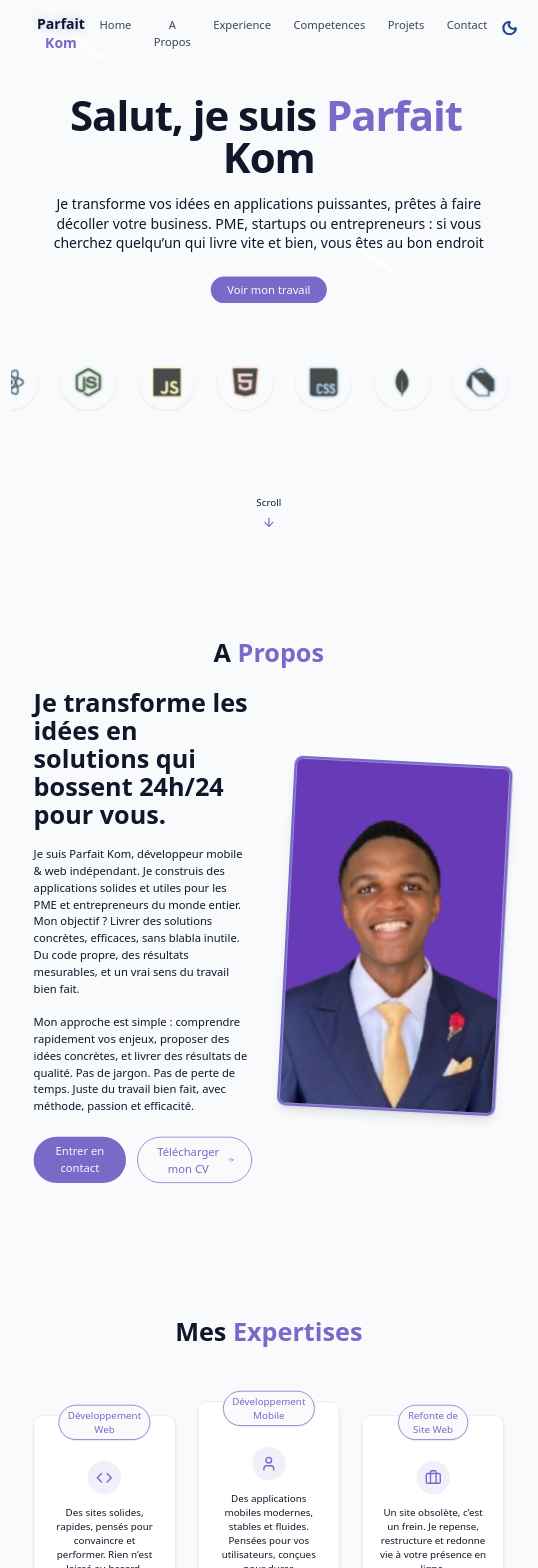
Repository: KOMI18/komi-folio
Page: /
An editor plug-in stored every save of this project. The page is shown before and after the next save, followed by the edit.
The browser window is 768 px wide. The pictures show the part of the page from y = 0 to 2240 px (the page is 7279 px tall), at 70% of full size.
The project was rebuilt for these pictures with package versions that can differ from the ones it lists, and the page was loaded fresh each time. Also part of the build but not shown: vite.config.js, src/pages/NotFound.jsx.

Above is the page before, as saved 2025-06-28 00:07:03.

After the next save:
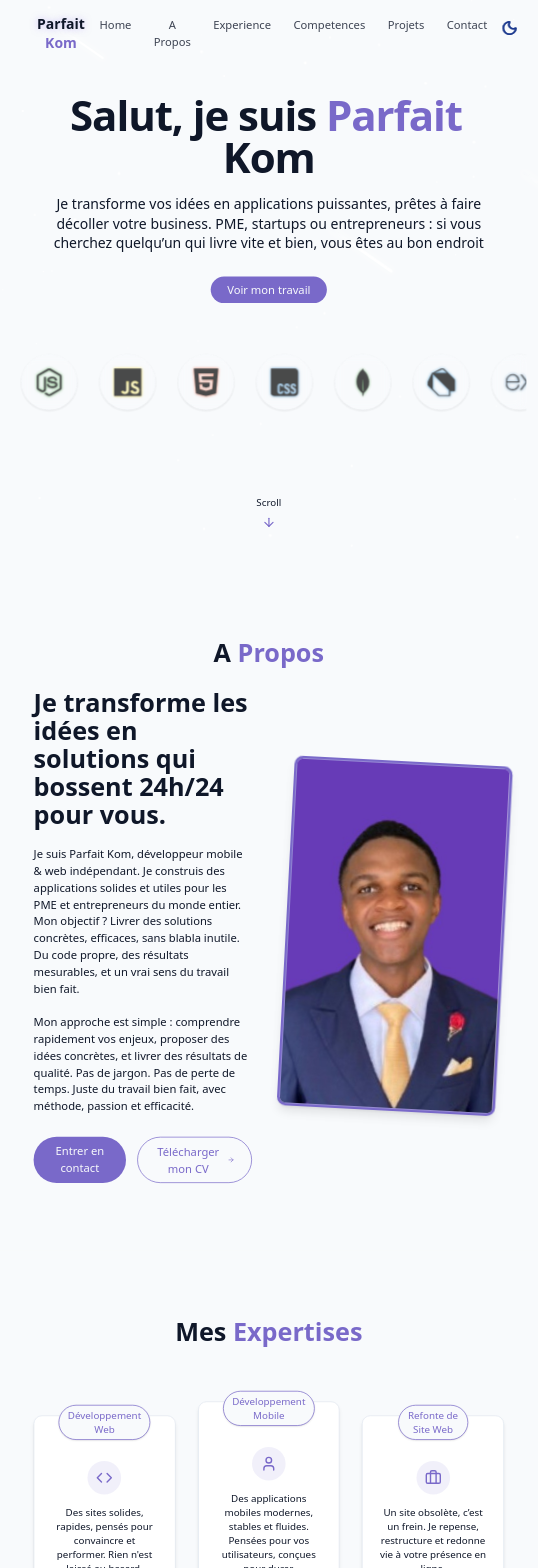
Saved 40 s later.
--- a/src/index.css
+++ b/src/index.css
@@ -189,7 +189,7 @@
 
 @media (max-width: 768px) {
   .animate-carousel {
-    animation-duration: 10s;
+    animation-duration: 1s;
   }
 }
 
